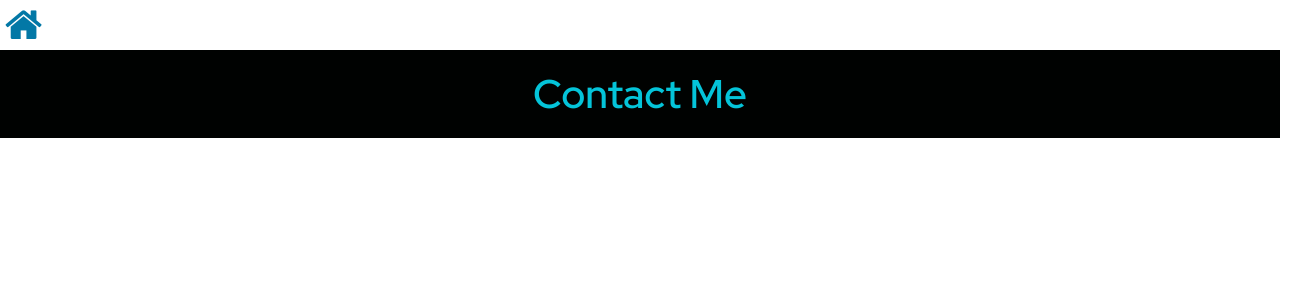
Repository: Brad000/Resume-project
Page: contact.html
The author's editor kept a record of every edit. The page is drawn from the files as they stood at one moment, then again after the next edit.
The browser window is 1280 px wide. The page is 1295 px wide, so the pictures cover 1295 px, including what lies to the right of the window. The pictures show the whole page.

Above is the page before.

After the next edit:
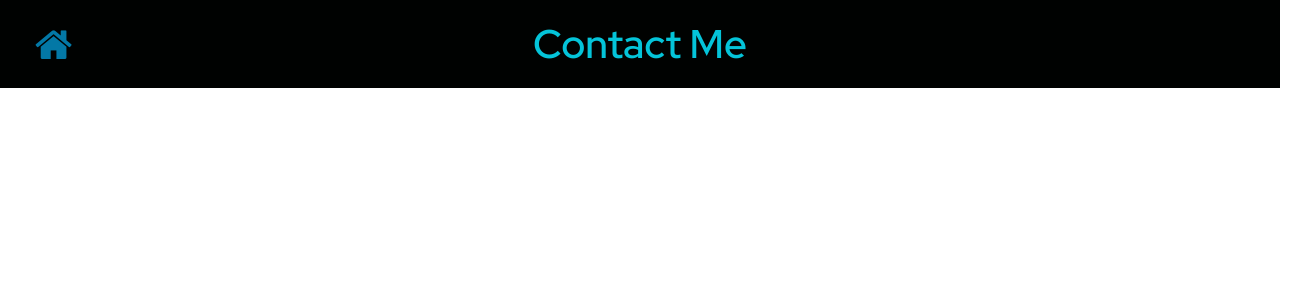
The edit:
--- a/assets/css/style.css
+++ b/assets/css/style.css
@@ -392,7 +392,12 @@
 
 }
 
-
+#contact-home {
+  position: absolute;
+  padding-top: 20px;
+  padding-bottom: 20px;
+  padding-left: 30px;
+}
 
 
 
